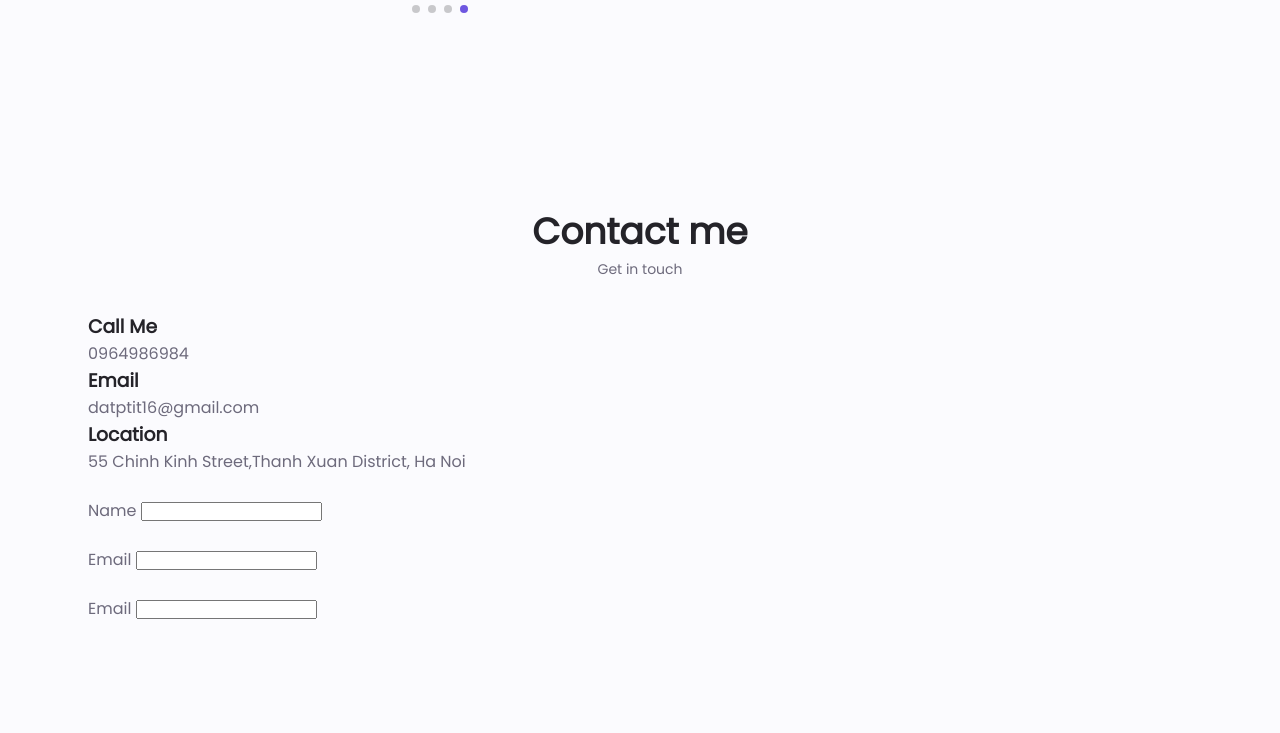
Repository: Datt21/portfolio
Page: index.html
These files come from the project's save history. The page is drawn as it stood at one moment and after the next save; the edit follows.
The browser window is 1280 px wide. The pictures show the part of the page from y = 3217 to 4169 px (the page is 3950 px tall before and 4169 px after).
Some icons come from a web library that is not loaded, so they are not drawn. A picture or video elsewhere on the page could not be fetched, so the positions and the page height are approximate.

Above is the page before, as saved 2021-07-12 00:58:11.

After the next save:
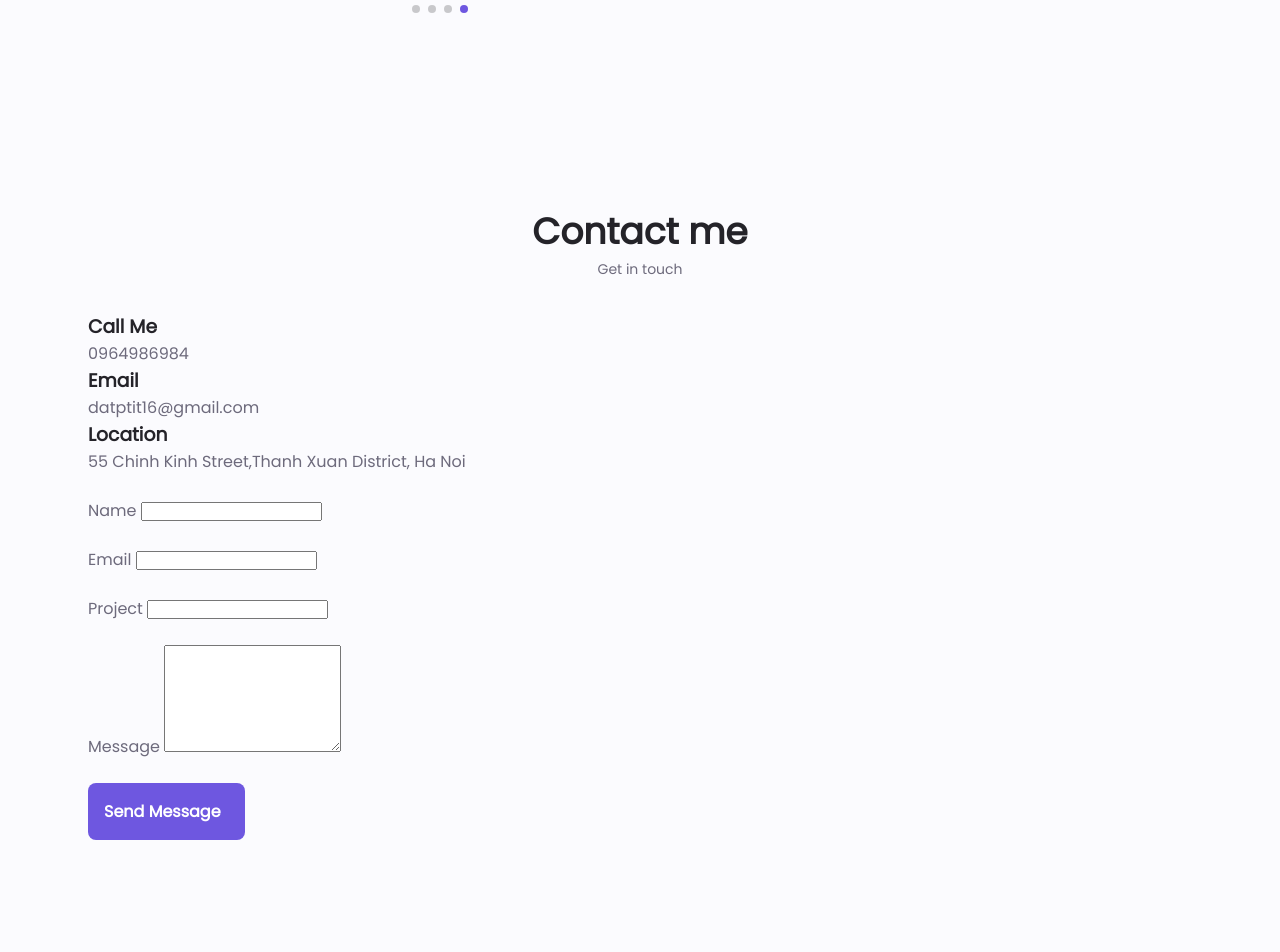
Saved 4 min 57 s later.
--- a/index.html
+++ b/index.html
@@ -519,8 +519,20 @@
                         </div>
 
                         <div class="contact__content">
-                            <label for="" class="contact__label">Email</label>
+                            <label for="" class="contact__label">Project</label>
                             <input type="text" class="contact__input">
+                        </div>
+
+                        <div class="contact__content">
+                            <label for="" class="contact__label">Message</label>
+                            <textarea name="" id="" cols="" rows="7" class="contact__input"></textarea>
+                        </div>
+
+                        <div>
+                            <a href="#" class="button button--flex">
+                                Send Message
+                                <i class="uil uil-message button__icon"></i>
+                            </a>
                         </div>
                     </form>
                 </div>
